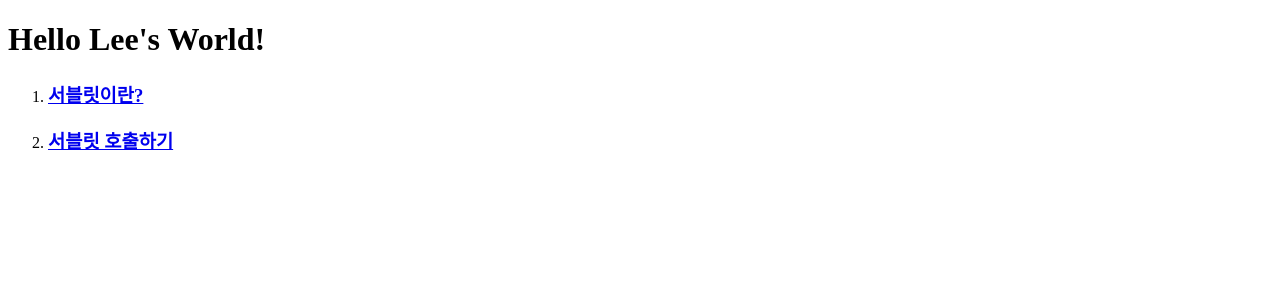
Repository: steeveelee2/WEB_Study
Page: webWorkspace/servlet1Project/web/index.html
The author's editor kept a copy of each file at every save. The page is drawn from the files as they stood at one save, then again after the next save.
The browser window is 1280 px wide. The pictures show the whole page.

Above is the page before, as saved 2018-10-10 04:45:14.

### webWorkspace/servlet1Project/web/index.html
<!DOCTYPE html>
<html>
<head>
<meta charset="UTF-8">
<title>Hello World!</title>
</head>
<body>
	<h1>Hello Lee's World!</h1>

	<ol>
		<li>
			<h3>
				<a href="test1.do">서블릿이란?</a>
			</h3>
		</li>
		<li>
			<h3>
				<a href="views/loginForm.html">서블릿 호출하기</a>
			</h3>
		</li>
	</ol>
</body>
</html>

After the next save:
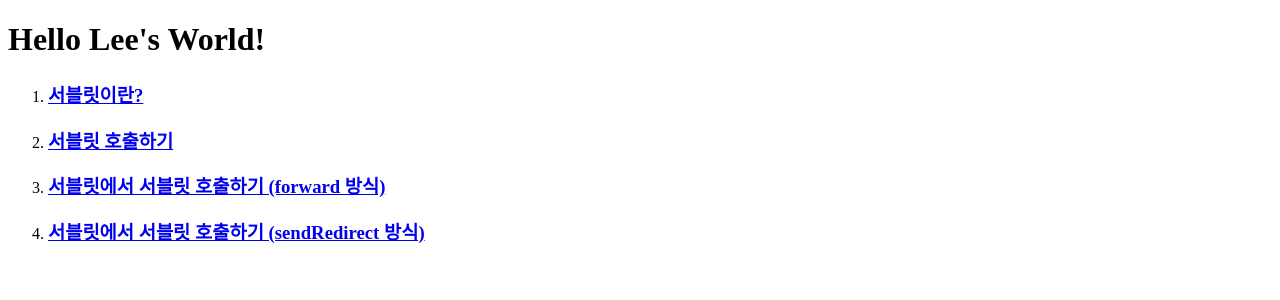
Saved 2 min 43 s later.
--- a/webWorkspace/servlet1Project/web/index.html
+++ b/webWorkspace/servlet1Project/web/index.html
@@ -18,6 +18,16 @@
 				<a href="views/loginForm.html">서블릿 호출하기</a>
 			</h3>
 		</li>
+		<li>
+			<h3>
+				<a href="views/toDayMenu.html">서블릿에서 서블릿 호출하기 (forward 방식)</a>
+			</h3>
+		</li>
+		<li>
+			<h3>
+				<a href="views/errorTest.html">서블릿에서 서블릿 호출하기 (sendRedirect 방식)</a>
+			</h3>
+		</li>
 	</ol>
 </body>
 </html>
